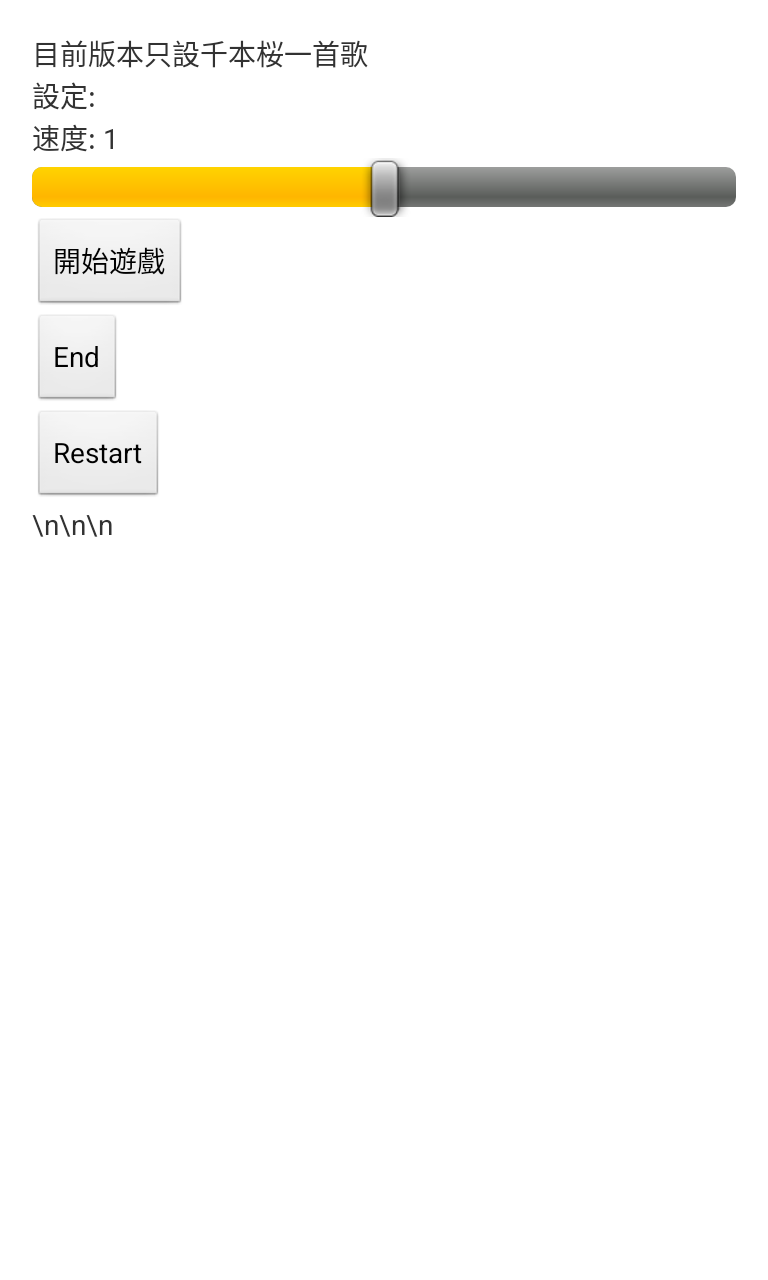
Repository: dogwong/marumaru
Layout: maimai_test/marumaru/res/layout/activity_main.xml
An editor plug-in stored every save of this project. The layout is shown before and after the next save, followed by the edit.
It is drawn on a 768 x 1280 px phone screen (xhdpi) without system bars, with theme AppTheme; the app's code is not run.

Above is the layout before, as saved 2013-06-09 07:21:07.

After the next save:
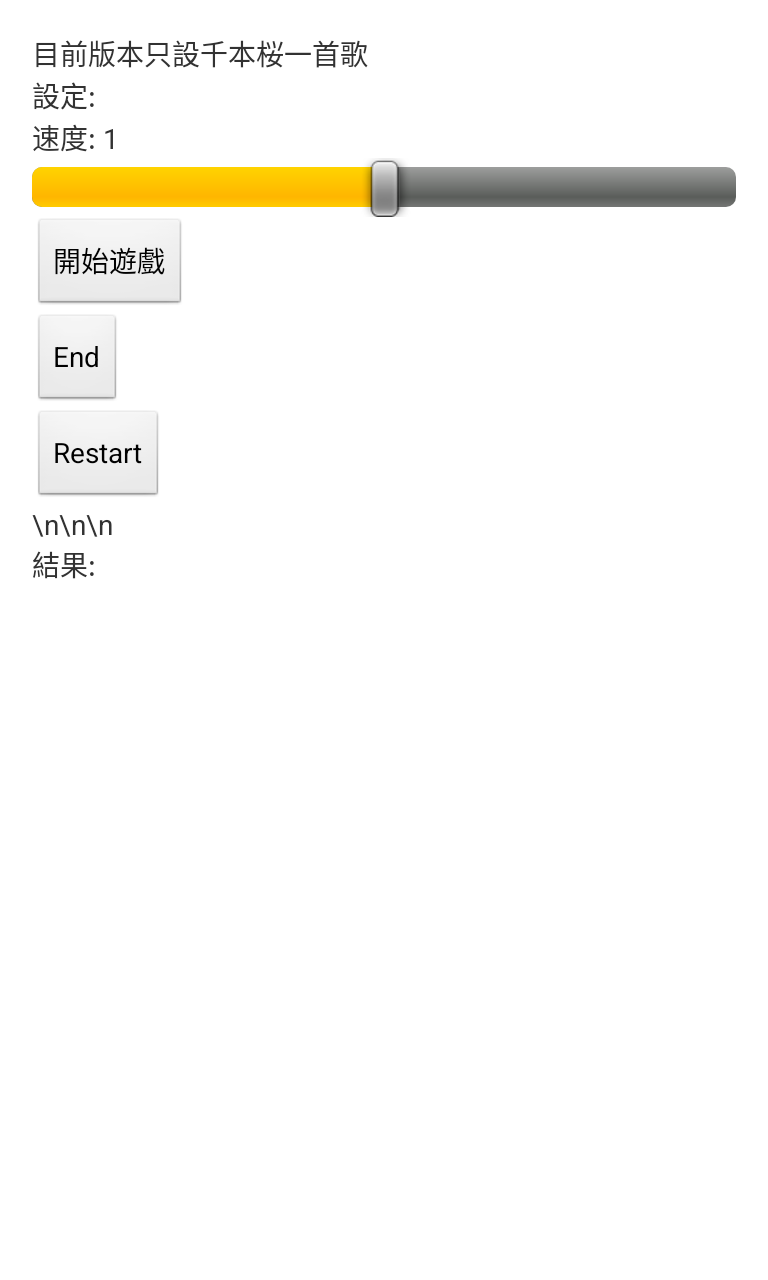
Saved 35 s later.
--- a/maimai_test/marumaru/res/layout/activity_main.xml
+++ b/maimai_test/marumaru/res/layout/activity_main.xml
@@ -79,4 +79,10 @@
         android:layout_height="wrap_content"
         android:text="\n\n\n" />
 
+    <TextView
+        android:id="@+id/textView6"
+        android:layout_width="wrap_content"
+        android:layout_height="wrap_content"
+        android:text="結果:" />
+
 </LinearLayout>
